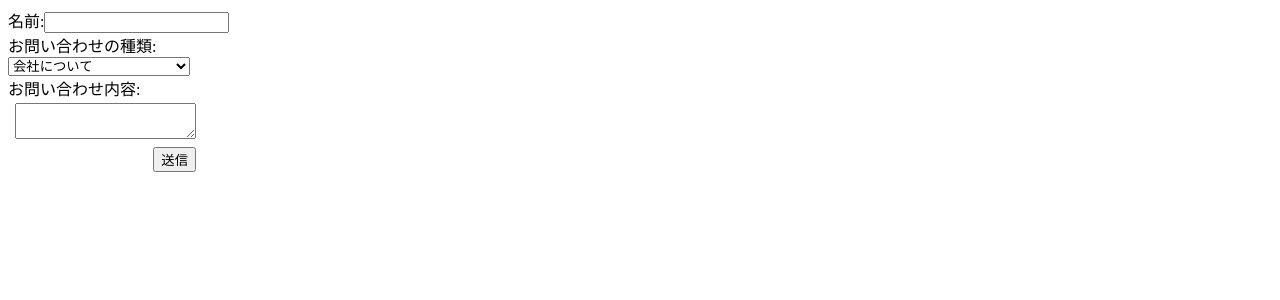
Repository: 1209mori05/test
Page: http://localhost/WebProj2/inquiry.jsp
An editor plug-in stored every save of this project. The page is shown before and after the next save, followed by the edit.
The browser window is 1280 px wide. The pictures show the whole page.
The page is served by Tomcat 9.

Above is the page before, as saved 2018-03-13 08:21:15.

After the next save:
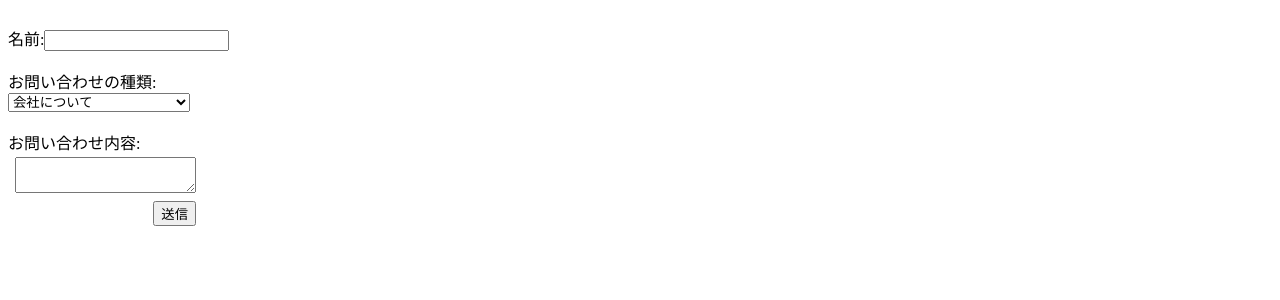
Saved 108 s later.
--- a/WebProj2/WebContent/inquiry.jsp
+++ b/WebProj2/WebContent/inquiry.jsp
@@ -8,14 +8,15 @@
 <title>お問い合わせフォーム</title>
 </head>
 <body>
+	<br>
 	<s:form method="post" action="InquiryCompleteAction">
-		名前:<input type="text" name="name" /><br>
+		名前:<input type="text" name="name" /><br><br>
 		お問い合わせの種類:<br>
 		<select name="qtype">
 			<option value="company">会社について</option>
 			<option value="product">製品について</option>
 			<option value="support">アフターサポートについて</option>
-		</select><br>
+		</select><br><br>
 		お問い合わせ内容:
 		<s:textarea name="body" /><br>
 		<s:submit value="送信" />
